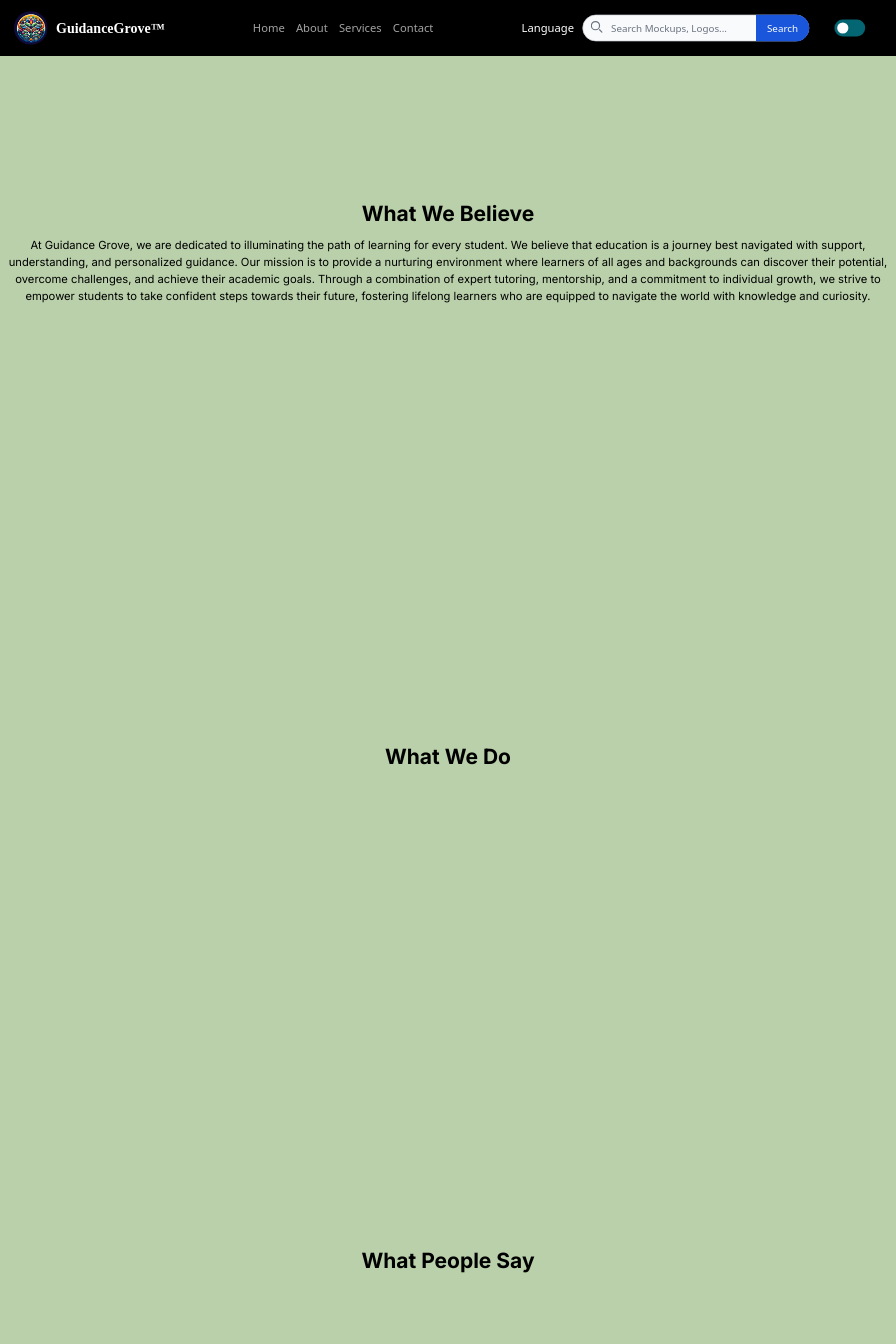
Repository: PositiveGuy/GuidanceGrove
Page: /
An editor plug-in stored every save of this project. The page is shown before and after the next save, followed by the edit.
The browser window is 1280 px wide. The pictures show the part of the page from y = 0 to 1920 px (the page is 3874 px tall), at 70% of full size.
The project was rebuilt for these pictures with package versions that can differ from the ones it lists, and the page was loaded fresh each time. The framework's server and built-in components were replaced by stand-ins that run in the browser. Also part of the build but not shown: next.config.js.

Above is the page before, as saved 2023-12-28 15:55:11.

### src/app/layout.tsx
import React from 'react';
import Header from '../components/header';
import Footer from '../components/footer';
import { Inter } from 'next/font/google';
import './globals.css';
import { ThemeContextProvider } from '@/context/ThemeContext';
import ThemeProvider from '@/providers/ThemeProvider';
import ThemeWrapper from '@/components/ThemeWrapper';

//font
const inter = Inter({ subsets: ['latin'] });



//header and footer layout
const RootLayout = ({ children }: { children: React.ReactNode }) => {
  return (
    <html lang='en'>
      <body>
        <ThemeContextProvider>
          <ThemeProvider>
            <Header />
            <ThemeWrapper>
              <main className={inter.className}>{children}</main>
            </ThemeWrapper>
            <Footer />
          </ThemeProvider>
        </ThemeContextProvider>
      </body>
    </html>
  );
};

export default RootLayout;

### src/app/page.tsx
import React from 'react';
//components import
import BelieveSection from '../components/BelieveSection';
import ServicesSection from '../components/ServicesSection';
import TestimonialsSection from '../components/TestimonialsSection';
import CallToActionSection from '../components/CallToActionSection';
import ContactSection from '../components/ContactSection';


//page layout
const Page = () => {
  return (
    <>
      <BelieveSection />
      <ServicesSection />
      <TestimonialsSection />
      <CallToActionSection />
      <ContactSection />
    </>
  );
};

export default Page;

### src/components/header.tsx
"use client"
import { useState } from "react";
import MobileNavigation from "./MobileNavigation";
import ThemeToggle from "./ThemeToggle";
import SearchBar from "./SearchBar";
import { Navbar } from "flowbite-react";


const Header = () => {

  return (
    <>
      <nav className="hidden fixed z-50 w-full h-20 lg  lg:flex justify-between items-center p-5 bg-black">
        {/* Left Side: Logo and GuidanceGrove™ */}
        <div className="flex items-center space-x-3">
          <img src="/Logo/guidance-grove-logo.png" alt="Guidance Grove Logo" className="h-12 w-12 rounded-full" />
          <div className="text-xl font-caveat font-bold text-white">
            GuidanceGrove™
          </div>
        </div>

        {/* Center: Navigation Links */}
        <div>
          <ul className="hidden lg:flex space-x-4">
            <li><a href="/" className="text-neutral-400 hover:text-white">Home</a></li>
            <li><a href="/about" className="text-neutral-400 hover:text-white">About</a></li>
            <li><a href="/services" className="text-neutral-400 hover:text-white">Services</a></li>
            <li><a href="/contact" className="text-neutral-400 hover:text-white">Contact</a></li>
          </ul>
        </div>

        {/* Right Side: Placeholders for Language, Search, and Dark Mode Toggle */}
        <div className="flex items-center space-x-3">
          <div className="text-white">Language</div>
          <SearchBar />
          <ThemeToggle />

        </div>
      </nav>

      {/*Meium View Navbar*/}
      <Navbar className='lg:hidden flex   w-full h-20 justify-between items-center p-5 bg-black fixed z-50'       >

        <div className="flex items-center space-x-3">
          <img src="/Logo/guidance-grove-logo.png" alt="Guidance Grove Logo" className="h-12 w-12 rounded-full" />

        </div>

        <div className='flex'>
          <div className='hidden'>
            <SearchBar />
          </div>
          <ThemeToggle />
          <Navbar.Toggle className="bg-black md:inline-flex lg:hidden" />

          <Navbar.Collapse className='bg-white absolute top-[5rem]'>
            <SearchBar />
            <Navbar.Link href="#">Home</Navbar.Link>
            <Navbar.Link href="#">About</Navbar.Link>
            <Navbar.Link href="#">Service</Navbar.Link>
            <Navbar.Link href="#">Contact</Navbar.Link>
            <Navbar.Link href="#">Language</Navbar.Link>
          </Navbar.Collapse>
        </div>
      </Navbar>
      {/*Mobile Navbar*/}
      <MobileNavigation />


    </>
  );
};

export default Header;

### src/components/footer.tsx
import Image from "next/image";

const Footer = () => {
  return (
    <footer className="p-5 bg-black shadow-inner text-center">
      <div className="flex justify-center space-x-8 mt-10">
        {/* Placeholder for social icons */}
        <Image src={"/SVGs/ig.svg"} width={50} height={50} alt="ig"></Image>
        <Image src={"/SVGs/fb.svg"} width={50} height={50} alt="fb"></Image>
        <Image src={"/SVGs/tw.svg"} width={50} height={50} alt="tw"></Image>
        <Image src={"/SVGs/wa.svg"} width={50} height={50} alt="wa"></Image>
        <Image src={"/SVGs/yt.svg"} width={50} height={50} alt="in"></Image>
      </div>

      <div className="flex justify-center space-x-1 mb-10 text-teal-50">
        <div className="mt-20">
          ©2023; designed with love and care by
        </div>
        <div className="mt-20 font-caveat">
          GuidanceGrove™
        </div>
      </div>
    </footer>
  );
};
//make GuidanceGrove in font Caveat
export default Footer;

### src/app/globals.css
@tailwind base;
@tailwind components;
@tailwind utilities;

:root {
  --foreground-rgb: 0, 0, 0;
  --background-start-rgb: 214, 219, 220;
  --background-end-rgb: 255, 255, 255;
}

@media (prefers-color-scheme: dark) {
  :root {
    --foreground-rgb: 255, 255, 255;
    --background-start-rgb: 0, 0, 0;
    --background-end-rgb: 0, 0, 0;
  }
}

body {
  color: rgb(var(--foreground-rgb));
  background: linear-gradient(
      to bottom,
      transparent,
      rgb(var(--background-end-rgb))
    )
    rgb(var(--background-start-rgb));
}

.custom-shadow {
    box-shadow: 0 2px 4px rgba(0, 0, 0, 0.2);
}

### src/context/ThemeContext.tsx
"use client"
import { createContext, useState, ReactNode, useEffect } from "react"

interface ChildrenProps {
    children: ReactNode
}

interface ThemeContextType {
    theme: string
    toggle: () => void
}

// This component is responsible to registering and remembering what theme was chosen by the user
// we use local storage for that
export const ThemeContext = createContext<ThemeContextType>({
    theme: "light",
    toggle: () => { },
})

function getFromLocalStorage() {
    if (typeof window === "undefined") {
        return "light";
    }
    const storedTheme = localStorage.getItem("theme");
    console.log("Initial theme from localStorage:", storedTheme); // Debug log
    return storedTheme || "light";
}


export const ThemeContextProvider = ({ children }: ChildrenProps) => {
    const [theme, setTheme] = useState<string>(getFromLocalStorage)

    // since next.js uses server side rendering, we must specify if the transition to client is completed
    const toggle = () => {
        setTheme(prevTheme => prevTheme === "light" ? "dark" : "light");
    };



    useEffect(() => {
        console.log("Updating theme in localStorage to:", theme); // Debug log
        localStorage.setItem("theme", theme);
    }, [theme]);



    return <ThemeContext.Provider value={{ theme, toggle }}>{children}</ThemeContext.Provider>
}

### src/providers/ThemeProvider.tsx
"use client"

import { ThemeContext } from "@/context/ThemeContext"
import { useState, useEffect, useContext, ReactNode } from "react"


interface ChildrenProps {
    children: ReactNode
}

// this component is created to keep the layout/page as server side rendered.
// useContext() requires you to have "use client"

export default function ThemeProvider({ children }: ChildrenProps) {
    const { theme } = useContext(ThemeContext)
    const [mounted, setMounted] = useState(false)

    useEffect(() => {
        setMounted(true)
    }, [])

    if (mounted) {
        return <div className={theme}>{children}</div>
    }
    return <div className={theme}>{children}</div>
}

### src/components/ThemeWrapper.tsx
"use client"
import React, { useContext } from 'react';
import { ThemeContext } from '@/context/ThemeContext';

const ThemeWrapper = ({ children }: { children: React.ReactNode }) => {
    const { theme } = useContext(ThemeContext);

    return (
        <div className={`${theme === "light" ? " bg-sage text-black" : "bg-gray-700 text-slate-400"}`}>
            {children}
        </div>
    );
};

export default ThemeWrapper;

### src/components/BelieveSection.tsx
"use client"
import { ThemeContext } from "@/context/ThemeContext";
import { useContext } from "react";

const BelieveSection = () => {
  const { theme } = useContext(ThemeContext)
  return (
    <div id="believe" className={`h-screen flex items-center justify-center`}>
      <div className="text-center">
        <h2 className="text-3xl font-bold">What We Believe</h2>
        <p className="mt-4">At Guidance Grove, we are dedicated to illuminating the path of learning for every student.
          We believe that education is a journey best navigated with support, understanding, and personalized guidance.
          Our mission is to provide a nurturing environment where learners of all ages and backgrounds
          can discover their potential, overcome challenges, and achieve their academic goals.
          Through a combination of expert tutoring, mentorship, and a commitment to individual growth,
          we strive to empower students to take confident steps towards their future,
          fostering lifelong learners who are equipped to navigate the world with knowledge and curiosity.</p>
      </div>
    </div>
  );
};

export default BelieveSection;

### src/components/ServicesSection.tsx
"use client"
import { ThemeContext } from "@/context/ThemeContext";
import { useContext } from "react";

const ServicesSection = () => {
  const { theme } = useContext(ThemeContext)
  return (
    <div id="services" className={`h-screen flex items-center justify-center  `}>
      <div className="text-center">
        <h2 className="text-3xl font-bold">What We Do</h2>
        {/* Add service details here */}
      </div>
    </div>
  );
};

export default ServicesSection;

### src/components/TestimonialsSection.tsx
"use client"
import { ThemeContext } from "@/context/ThemeContext";
import { useContext } from "react";

const TestimonialsSection = () => {
  const { theme } = useContext(ThemeContext)
  return (
    <div id="testimonials" className={`h-screen flex items-center justify-center   `}>
      <div className="text-center">
        <h2 className="text-3xl font-bold">What People Say</h2>
        {/* Add testimonials here */}
      </div>
    </div>
  );
};

export default TestimonialsSection;

### src/components/CallToActionSection.tsx
"use client"
import { ThemeContext } from "@/context/ThemeContext";
import { useContext } from "react";

const CallToActionSection = () => {
  const { theme } = useContext(ThemeContext)
  return (
    <div id="cta" className={`h-screen flex items-center justify-center  `}>
      <div className="container mx-auto px-4 sm:px-6 lg:px-8">
        <div className="flex flex-wrap -mx-4 items-center">
          <div className="text-left lg:w-1/2 px-4 mb-4 lg:mb-0">
            <h2 className="text-5xl font-bold">Payments tool for software companies</h2>
            <p className="mt-2 text-lg">From checkout to global sales tax compliance, companies around the world use Flowbite to simplify their payment stack.</p>
            <button className="mt-4 bg-blue-500 text-white py-2 px-4 rounded hover:bg-blue-700">
              Get started ➤
            </button>
          </div>
          <div className="lg:w-1/2 px-4 flex justify-center lg:justify-end">
            <img src="DALLE/career.png" alt="Software Payment Tool" className="object-contain lg:object-cover h-80 w-full lg:w-auto rounded-lg shadow-lg" />
          </div>
        </div>
      </div>
    </div>
  );
};

export default CallToActionSection;

### src/components/ContactSection.tsx
"use client"
import { ThemeContext } from "@/context/ThemeContext";
import { useContext } from "react";

const ContactSection = () => {
  const { theme } = useContext(ThemeContext)
  return (
    <div id="contact" className={`h-screen flex items-center justify-center  `}>
      <div className="text-center">
        <h2 className="text-3xl font-bold">Contact Us</h2>
        {/* Add contact form or information here */}
      </div>
    </div>
  );
};

export default ContactSection;

### src/components/MobileNavigation.tsx
import { Navbar } from 'flowbite-react';
import Link from 'next/link';
import { useState } from 'react';
import ThemeToggle from './ThemeToggle';
import SearchBar from './SearchBar';

export default function MobileNavigation() {


    return (
        <Navbar className='md:hidden flex   w-full h-20 justify-between items-center p-5 bg-black fixed z-50'       >

            <div className="flex items-center space-x-3">
                <img src="/Logo/guidance-grove-logo.png" alt="Guidance Grove Logo" className="h-12 w-12 rounded-full" />

            </div>

            <div className='flex'>
                <div className='hidden'>
                    <SearchBar />
                </div>
                <ThemeToggle />
                <Navbar.Toggle className="bg-black md:inline-flex lg:hidden" />

                <Navbar.Collapse className='bg-white absolute top-[5rem]'>
                    <SearchBar />
                    <Navbar.Link href="#">Home</Navbar.Link>
                    <Navbar.Link href="#">About</Navbar.Link>
                    <Navbar.Link href="#">Service</Navbar.Link>
                    <Navbar.Link href="#">Contact</Navbar.Link>
                    <Navbar.Link href="#">Language</Navbar.Link>
                </Navbar.Collapse>
            </div>
        </Navbar>
    );
}

### src/components/ThemeToggle.tsx
"use client"
import { useContext } from 'react'
import { Switch } from '@headlessui/react'
import { ThemeContext } from '@/context/ThemeContext'

export default function Example() {
    const { toggle, theme } = useContext(ThemeContext)

    // Determine if the switch should be on or off based on the current theme
    const isDarkMode = theme === 'dark'

    return (
        <div className="flex items-center justify-center p-6"> {/* Adjusted for centering */}
            <Switch
                checked={isDarkMode}
                onChange={toggle} // Use the toggle function from context
                className={`${isDarkMode ? 'bg-teal-900' : 'bg-teal-700'}
                    relative inline-flex items-center h-6 rounded-full w-11 transition-colors focus:outline-none`}
            >
                <span className="sr-only">Toggle theme</span>
                <span
                    aria-hidden="true"
                    className={`${isDarkMode ? 'translate-x-6' : 'translate-x-1'}
                        inline-block w-4 h-4 transform bg-white rounded-full transition-transform`}
                />
            </Switch>
        </div>
    )
}

### src/components/SearchBar.tsx
export default function SearchBar() {
    return (
        <form className="flex items-center">
            <div className="relative w-full">
                {/* Search Icon */}
                <div className="absolute inset-y-0 left-0 flex items-center pl-3">
                    <svg className="w-5 h-5 text-gray-500 dark:text-gray-400" xmlns="http://www.w3.org/2000/svg" fill="none" viewBox="0 0 24 24" stroke="currentColor">
                        <path strokeLinecap="round" strokeLinejoin="round" strokeWidth={2} d="M19 19l-4-4m0-7A7 7 0 1 1 1 8a7 7 0 0 1 14 0z" />
                    </svg>
                </div>

                {/* Input Field */}
                <input
                    type="search"
                    id="default-search"
                    className="block w-full pl-10 pr-20 text-sm text-gray-900 border border-gray-300 rounded-full bg-gray-50 focus:ring-blue-500 focus:border-blue-500 dark:bg-gray-700 dark:border-gray-600 dark:placeholder-gray-400 dark:text-white dark:focus:ring-blue-500 dark:focus:border-blue-500"
                    placeholder="Search Mockups, Logos..."
                    required
                />

                {/* Search Button */}
                <button type="submit" className="text-white absolute right-0 top-0 bottom-0 bg-blue-700 hover:bg-blue-800 focus:ring-4 focus:outline-none focus:ring-blue-300 font-medium rounded-r-full text-sm px-4 py-2 dark:bg-blue-600 dark:hover:bg-blue-700 dark:focus:ring-blue-800">Search</button>
            </div>
        </form>
    );
}

### tailwind.config.ts
import type { Config } from 'tailwindcss'

const config: Config = {
  content: [
    "./node_modules/flowbite-react/lib/**/*.js",
    './src/pages/**/*.{js,ts,jsx,tsx,mdx}',
    './src/components/**/*.{js,ts,jsx,tsx,mdx}',
    './src/app/**/*.{js,ts,jsx,tsx,mdx}',
  ],
  theme: {
    extend: {
      backgroundImage: {
        'gradient-radial': 'radial-gradient(var(--tw-gradient-stops))',
        'gradient-conic':
          'conic-gradient(from 180deg at 50% 50%, var(--tw-gradient-stops))',

      },
      colors: {
        sage: '#B9D0AA',
      },

      fontFamily: {
        caveat: ['Caveat', 'cursive'],
      },

    },

  },
  plugins: [
    require("flowbite/plugin")
  ],
}
export default config

After the next save:
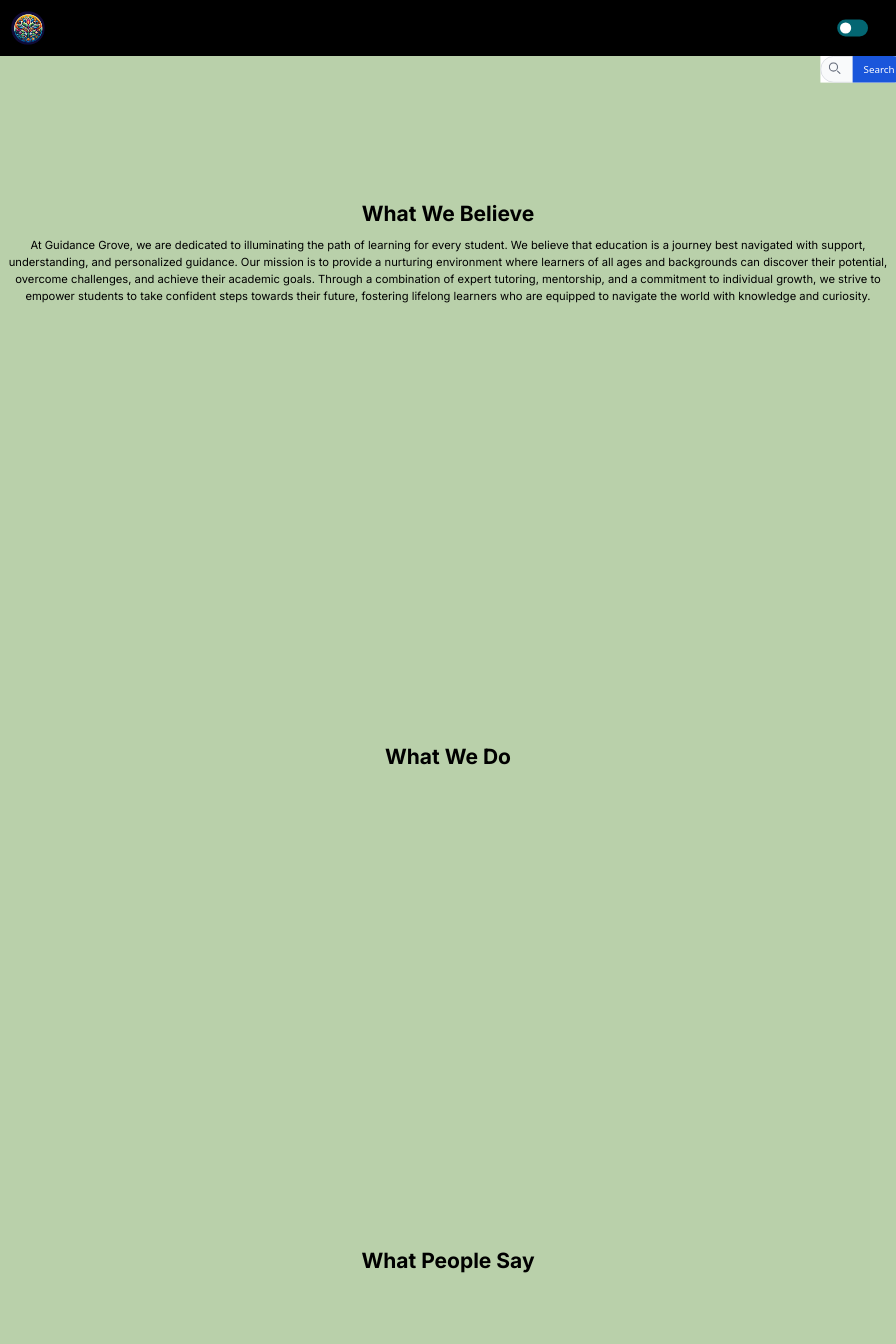
Saved 14 s later.
--- a/src/components/header.tsx
+++ b/src/components/header.tsx
@@ -39,7 +39,7 @@
       </nav>
 
       {/*Meium View Navbar*/}
-      <Navbar className='lg:hidden flex   w-full h-20 justify-between items-center p-5 bg-black fixed z-50'       >
+      <Navbar className='hidden md:flex   w-full h-20 justify-between items-center p-5 bg-black fixed z-50'       >
 
         <div className="flex items-center space-x-3">
           <img src="/Logo/guidance-grove-logo.png" alt="Guidance Grove Logo" className="h-12 w-12 rounded-full" />

After the save that followed:
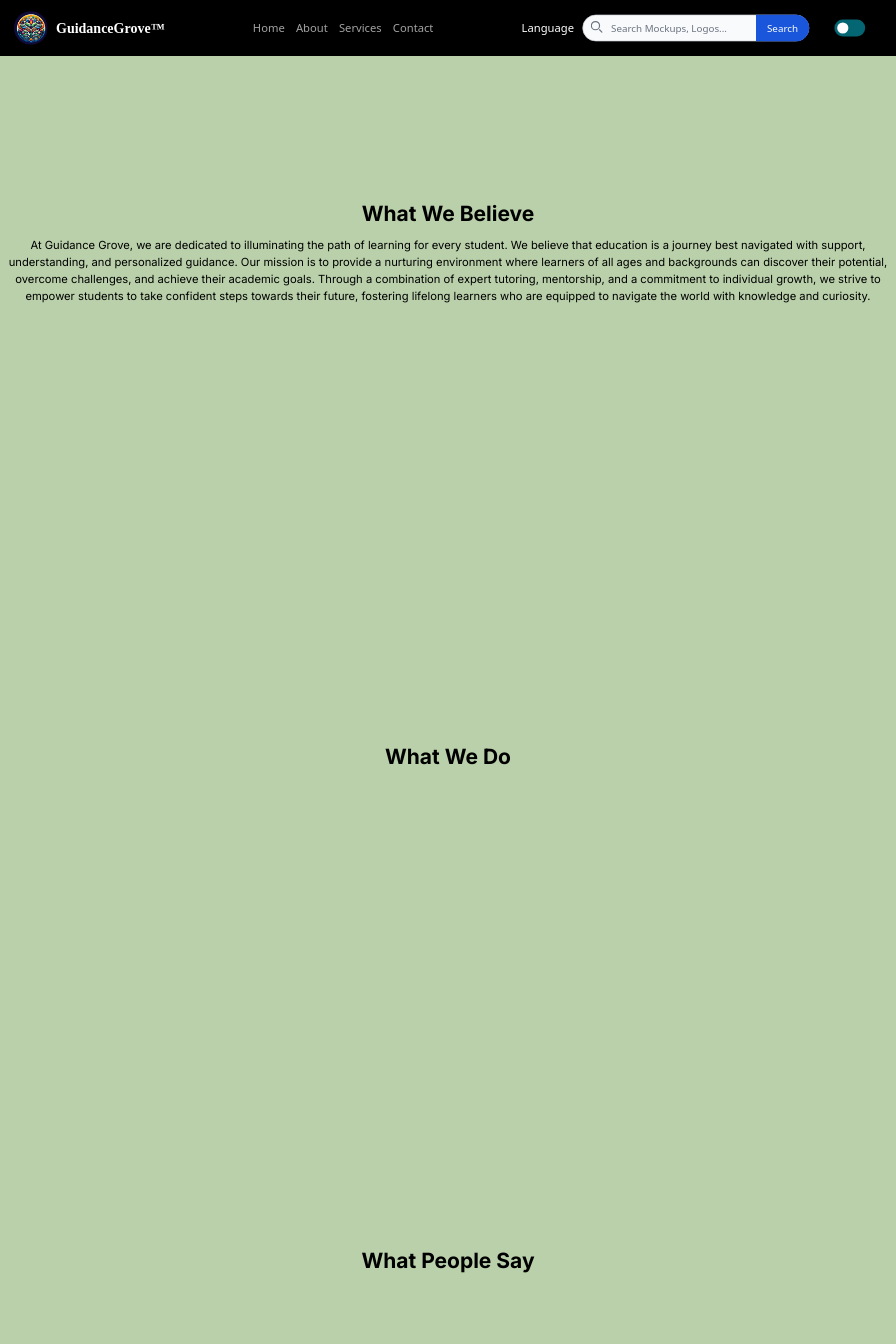
Saved 21 s later.
--- a/src/components/header.tsx
+++ b/src/components/header.tsx
@@ -39,7 +39,7 @@
       </nav>
 
       {/*Meium View Navbar*/}
-      <Navbar className='hidden md:flex   w-full h-20 justify-between items-center p-5 bg-black fixed z-50'       >
+      <Navbar className='lg:hidden md:flex   w-full h-20 justify-between items-center p-5 bg-black fixed z-50'       >
 
         <div className="flex items-center space-x-3">
           <img src="/Logo/guidance-grove-logo.png" alt="Guidance Grove Logo" className="h-12 w-12 rounded-full" />
